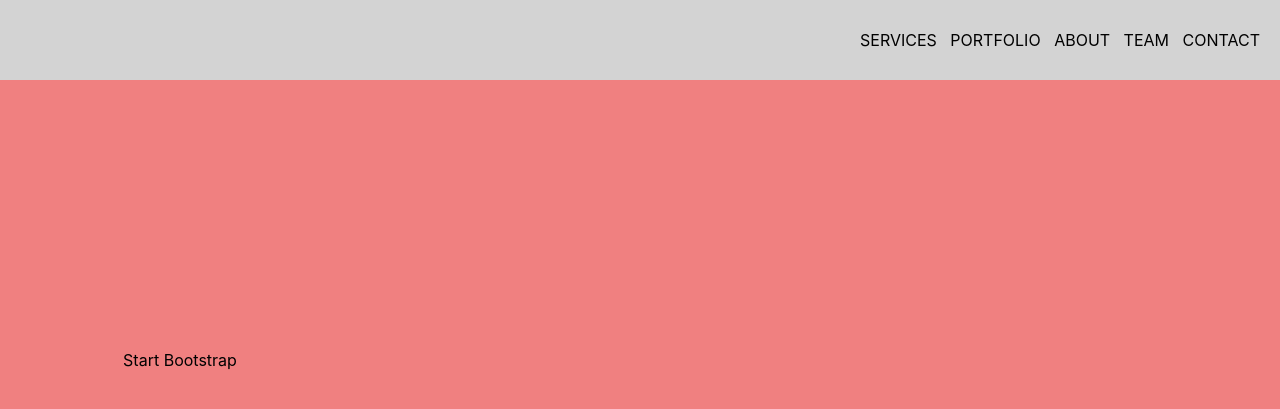
Repository: ooter37/media-queries-afternoon
Page: / (app in portfolio-clone/)
An editor plug-in stored every save of this project. The page is shown before and after the next save, followed by the edit.
The browser window is 1280 px wide. The pictures show the whole page.
The project was rebuilt for these pictures with package versions that can differ from the ones it lists, and the page was loaded fresh each time.

Above is the page before, as saved 2020-04-13 13:51:59.

### portfolio-clone/src/App.js
import React from 'react';
import './App.css';
import Banner from './Components/Banner'

function App() {
  return (
    <div className="App">
      <Banner />
    </div>
  );
}

export default App;

### portfolio-clone/src/App.css
body {
  width: 100vw;
  background-color: lightcoral;
}

.header {
  width: 100%;
  height: 80px;
  background-color: lightgrey;
  display: flex;
}

.navbar {
  height: 100%;
  width: 100%;
  display: flex;
  align-items: center;
  position: fixed;
  top: 0px;
  right: 20px;
}

.buttons {
  width: 400px;
	display: flex;
	flex-direction: row;
	justify-content: space-between;
  align-items: center;
  position: fixed;
  top: 30px;
  right: 20px;

}

.start-bootstrap {
  width: 400px;
  position: fixed;
  display: flex;
  justify-content: center;
}

@media screen and (max-width: 991px) {
  .navbar {
    flex-direction: column;
  }
  .buttons {
    flex-direction: column;
    min-width: 300px;
    height: 300px;

  }

}

### portfolio-clone/src/Components/Banner.js
import React from 'react'



export default class Banner extends React.Component {
    constructor() {
        super()

    }
    render() {
        return (
            <header className='header'>
                <nav className='navbar'>
                    <div className='start-bootstrap'>Start Bootstrap</div>
                    <div className='buttons'>

                            <div>SERVICES</div>

                            <div>PORTFOLIO</div>

                            <div>ABOUT</div>

                            <div>TEAM</div>

                            <div>CONTACT</div>

                    </div>
                </nav>
            </header>
        )
    }
}

Loaded but not shown: portfolio-clone/public/index.html (common file); portfolio-clone/src/index.js (common file); portfolio-clone/src/index.css (common file); portfolio-clone/src/serviceWorker.js (common file)

After the next save:
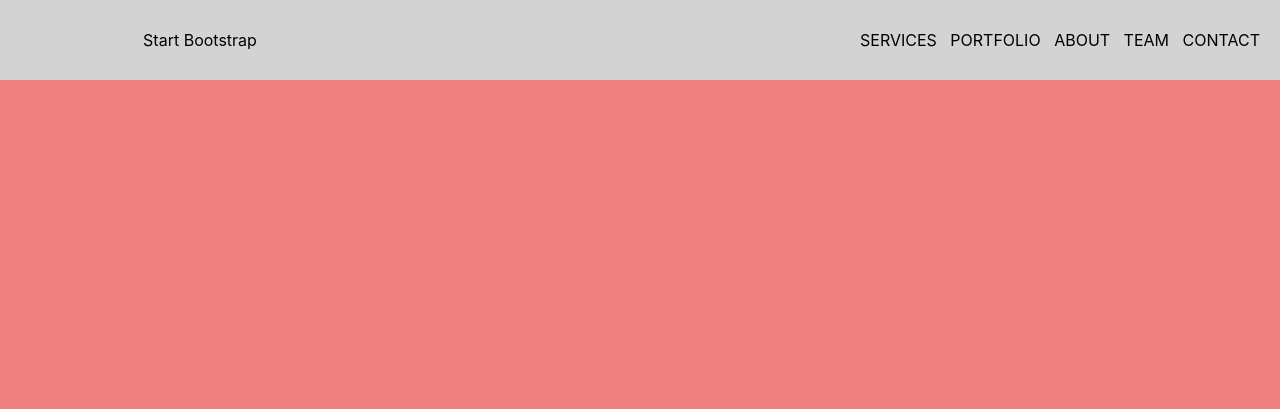
Saved 9 s later.
--- a/portfolio-clone/src/App.css
+++ b/portfolio-clone/src/App.css
@@ -15,9 +15,6 @@ body {
   width: 100%;
   display: flex;
   align-items: center;
-  position: fixed;
-  top: 0px;
-  right: 20px;
 }
 
 .buttons {
